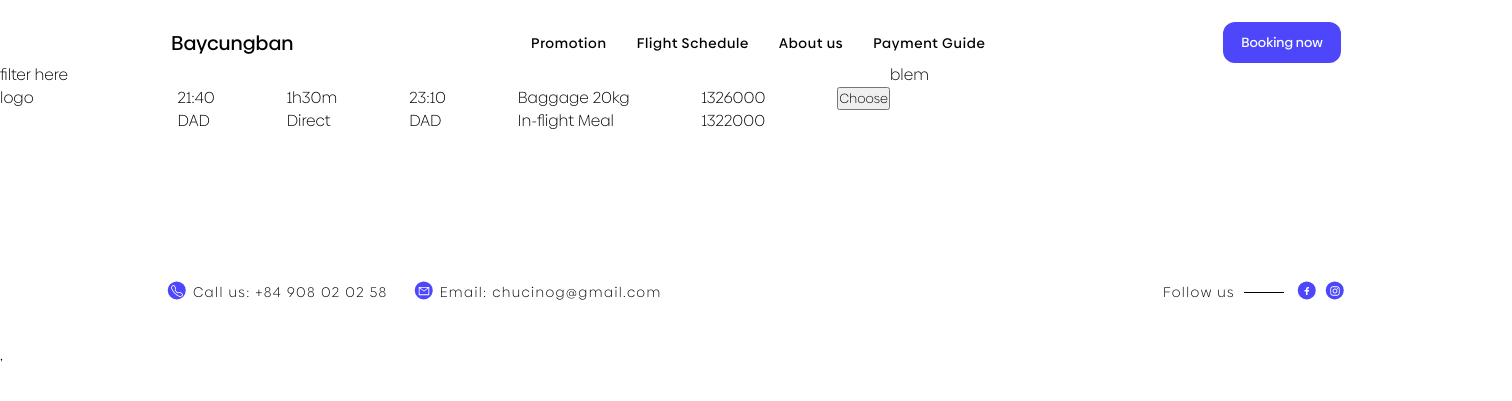
Repository: pinocoding/my-flying
Page: /list (app in my-flying/)
An editor plug-in stored every save of this project. The page is shown before and after the next save, followed by the edit.
The browser window is 1280 px wide. The page is 1512 px wide, so the pictures cover 1512 px, including what lies to the right of the window. The pictures show the whole page.
The project was rebuilt for these pictures with package versions that can differ from the ones it lists, and the page was loaded fresh each time. Also part of the build but not shown: my-flying/src/components/InDecreaBtn/InDecreaBtn.js, my-flying/src/components/TravelBooking/TravelBooking.css, my-flying/src/components/TravelBooking/TravelBooking.js, my-flying/src/components/home/Home.css, my-flying/src/components/home/Home.js. Imported but missing from the stored project, and not drawn on this page: my-flying/src/reportWebVitals.

Above is the page before, as saved 2022-09-09 16:53:03.

After the next save:
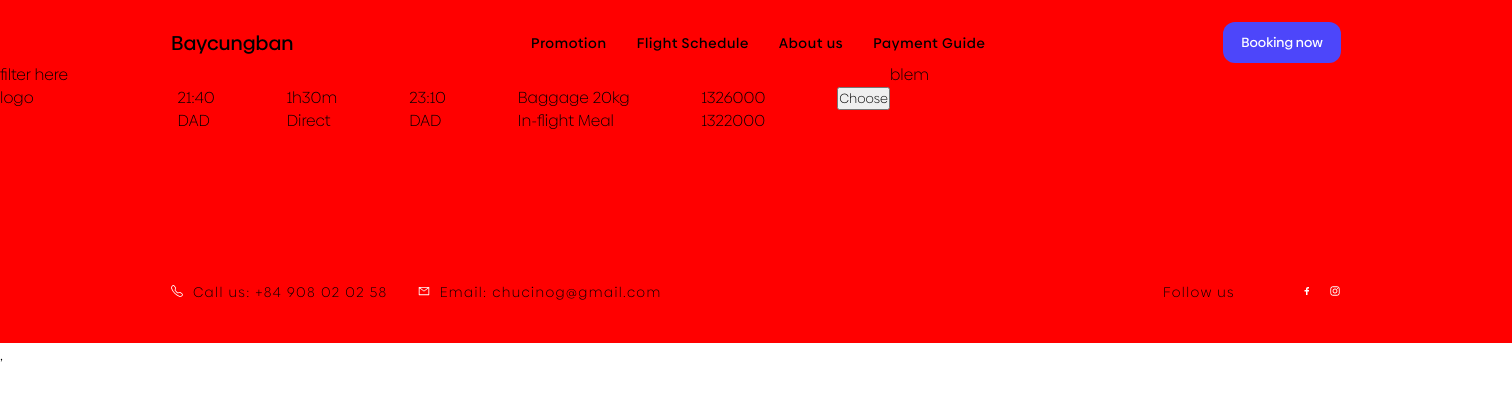
Saved 4 s later.
--- a/my-flying/src/components/List/List.css
+++ b/my-flying/src/components/List/List.css
@@ -1,10 +1,6 @@
 .list {
-
-
-
-  padding
+  background-color: red;
 }
-
 
 .list-container {
   display: flex;
